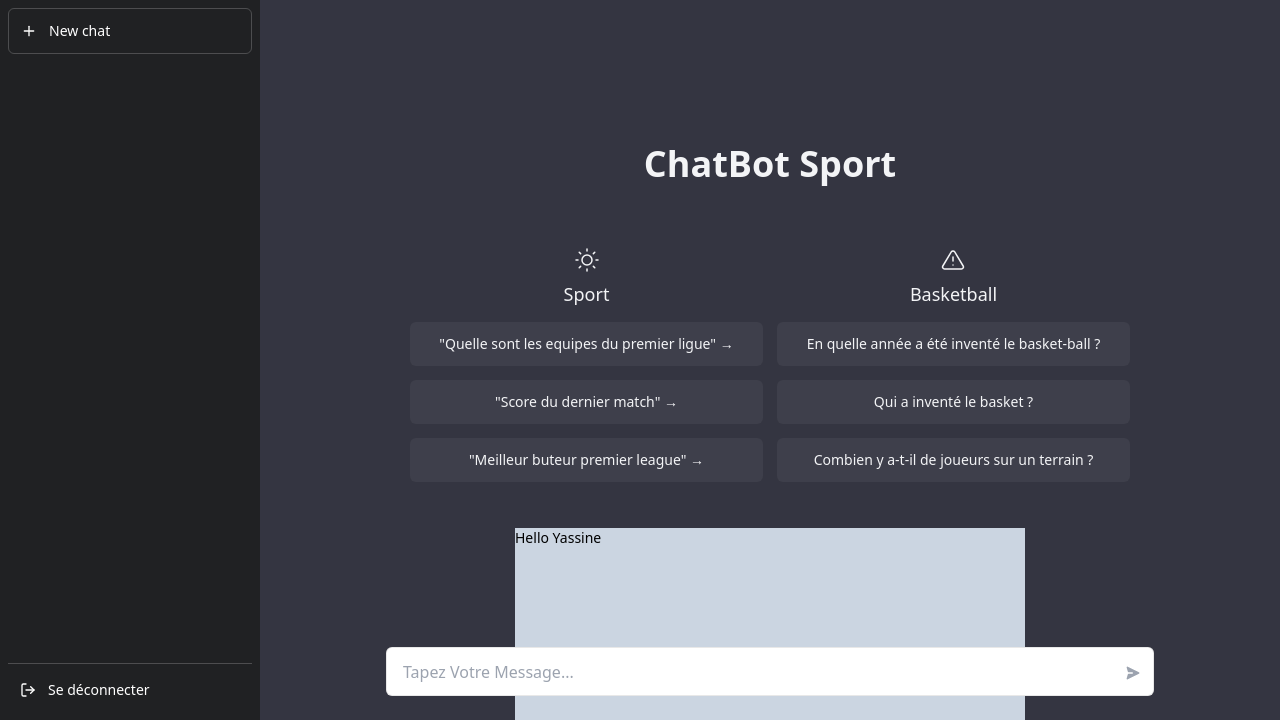
Repository: HaithemBenSlama/chatbot-front
Page: /, after clicking the first element matching `button.sc-gsFSXq`
These files come from the project's save history. The page is drawn as it stood at one moment and after the next save; the edit follows.
The browser window is 1280 px wide. The pictures show the whole page.
The project was rebuilt for these pictures with package versions that can differ from the ones it lists, and the page was loaded fresh each time. Also part of the build but not shown: src/constants/svg/lightningChargeIcon.js, src/constants/svg/externalLinkIcon.js, src/constants/svg/discordIcon.js, src/constants/svg/menuIcon.js, src/Components/Login/form-input.css.

Above is the page before, as saved 2023-05-01 22:11:25.

### src/App.js
import React from 'react'
import { LeftSection, RightSection } from './Components/main'
import { useState } from "react"
import Login from './Components/Login/Login';

const App = () => {
  const [isLoggedIn, setIsLoggedIn] = useState(false);
  return (
    <div>
      {isLoggedIn ? (
        <>
        <LeftSection setIsLoggedIn={setIsLoggedIn}/>
        <RightSection/>
        </>
      ) : (
        <Login setIsLoggedIn={setIsLoggedIn}/>
      )}
    </div>
  )
      }
export default App

### src/Components/main/index.js
import LeftSection from "./LeftSection";
import RightSection from "./RightSection";
import Footer from "./Footer";

export {RightSection, LeftSection, Footer}

### src/Components/Login/Login.jsx
import React from "react";
import "./login.css";
import * as Components from './Components';
import   { useState } from 'react';
import { useCookies } from "react-cookie";
import FormInput from "./FormInput";

const Login = ({setIsLoggedIn}) => {
    const [token,setToken]=useCookies(["user-token"]);
    const [signIn, toggle] = React.useState(true);
    const [data, setData] = useState();

    const [values, setValues] = useState({
        username: "",
        password: "",
    });
    const onChange = (e) => {
            setValues({ ...values, [e.target.name]: e.target.value });
    };

    const [valuesCreate, setValuesCreate] = useState({
        username: "",
        city: "",
        email: "",
        password: "",
    });
    const onChangeCreate = (e) => {
        setValuesCreate({ ...valuesCreate, [e.target.name]: e.target.value });
    };
    const handleSubmit = (e) => {
        e.preventDefault();
    };

    const inputs = [
        {
        id: 1,
        name: "username",
        type: "text",
        placeholder: "Username",
        errorMessage:
            "Username should be 3-16 characters and shouldn't include any special character!",
        label: "Username",
        pattern: "^[A-Za-z0-9]{3,16}$",
        required: true,
        },
        {
        id: 2,
        name: "password",
        type: "password",
        placeholder: "Password",
        errorMessage:
            "Password should be 8-20 characters and include at least 1 letter and 1 number!",
        label: "Password",
        pattern: `^(?=.*[0-9])(?=.*[a-zA-Z])[a-zA-Z0-9!@#$%^&*]{8,20}$`,
        required: true,
        },
    ];

    const inputsCreate = [
        {
        id: 1,
        name: "username",
        type: "text",
        placeholder: "Username",
        errorMessage:
            "Username should be 3-16 characters and shouldn't include any special character!",
        label: "Username",
        pattern: "^[A-Za-z0-9]{3,16}$",
        required: true,
        },
        {
            id: 2,
            name: "city",
            type: "text",
            placeholder: "City",
            errorMessage:
                "City name should be 3-16 characters and shouldn't include any special character!",
            label: "City",
            pattern: "^[A-Za-z]{3,16}$",
            required: true,
            },
        {
        id: 3,
        name: "email",
        type: "email",
        placeholder: "Email",
        errorMessage: "It should be a valid email address!",
        label: "Email",
        required: true,
        },
        {
        id: 4,
        name: "password",
        type: "password",
        placeholder: "Password",
        errorMessage:
            "Password should be 8-20 characters and include at least 1 letter and 1 number!",
        label: "Password",
        pattern: `^(?=.*[0-9])(?=.*[a-zA-Z])[a-zA-Z0-9!@#$%^&*]{8,20}$`,
        required: true,
        },
    ];

    const submitLog = async (e) => {
        e.preventDefault()
        const user = {
            username: values.username,
            password: values.password
        };
        const response=await fetch('http://127.0.0.1:8000/user/verif_user_login/', {
            method: 'POST',
            headers: {
                'accept': '*/*',
                'Content-Type':'multipart/form-data; boundary=--------------------------499310528544182401120976',
            },
            body:JSON.stringify(user)
        })
        const responseJson=await response.json();
        setToken("user-token",responseJson.usertoken);
    };

    const submitCreate = async (e) => {

        e.preventDefault()
        const user = {
            username: valuesCreate.username,
            city: valuesCreate.city,
            email: valuesCreate.email,
            password: valuesCreate.password
        };
        const response=await fetch('http://127.0.0.1:8000/user/verif_user/', {
            method: 'POST',
            headers: {
                'accept': '*/*',
                'Content-Type':'multipart/form-data; boundary=--------------------------499310528544182401120976',
            },
            body:JSON.stringify(user)
        })
        const responseJson=await response.json();
        setToken("user-token",responseJson.usertoken);
    };


        return(
            <div className="comp_body"><h1 className="logTitle">ChatBot</h1>
                <Components.Container>
                    <Components.SignUpContainer signinIn={signIn}>
                        <Components.Form  onSubmit={handleSubmit} >
                            <Components.Title>Create Account</Components.Title>
                            {inputsCreate.map((input) => (
                                <FormInput
                                    key={input.id}
                                    {...input}
                                    value={valuesCreate[input.name]}
                                    onChange={onChangeCreate}
                                />
                                ))}
                            <Components.Button onClick={submitCreate}>Sign Up</Components.Button>
                        </Components.Form>
                    </Components.SignUpContainer>

                    <Components.SignInContainer signinIn={signIn}>
                        <Components.Form >
                            <Components.Title>Log in</Components.Title>
                            {inputs.map((input) => (
                                <FormInput
                                    key={input.id}
                                    {...input}
                                    value={values[input.name]}
                                    onChange={onChange}
                                />
                                ))}
                            <Components.Anchor href='#'>Forgot your password?</Components.Anchor>
                            <Components.Button onClick={()=>{setIsLoggedIn(true)}} >Sign In</Components.Button>
                        </Components.Form>
                    </Components.SignInContainer>

                    <Components.OverlayContainer signinIn={signIn}>
                    <Components.Overlay signinIn={signIn}>

                    <Components.LeftOverlayPanel signinIn={signIn}>
                        <Components.Title>Welcome Back!</Components.Title>
                        <Components.Paragraph>
                            To keep connected with us please login with your personal info
                        </Components.Paragraph>
                        <Components.GhostButton onClick={() => toggle(true)}>
                            Sign In
                        </Components.GhostButton>
                        </Components.LeftOverlayPanel>

                        <Components.RightOverlayPanel signinIn={signIn}>
                            <Components.Title>Hello, Friend!</Components.Title>
                            <Components.Paragraph>
                                Enter Your personal details and start journey with us
                            </Components.Paragraph>
                                <Components.GhostButton onClick={() => toggle(false)}>
                                    Sigin Up
                                </Components.GhostButton>
                        </Components.RightOverlayPanel>

                    </Components.Overlay>
                </Components.OverlayContainer>

            </Components.Container>
        </div>
        )
}

export default Login;

### src/Components/main/LeftSection/index.js
import React from "react";
import { LogOutIcon,PlusIcon,} from "../../../constants";

const LeftSection = ({ show = false }) => {
  return (
    <div
      className={`${show && " flex flex-col"} ${
        !show && "hidden"
      } bg-black md:fixed md:inset-y-0 md:flex md:w-[260px] md:flex-col`}
    >
      <div className="flex h-full min-h-0 flex-col ">
        <div className="scrollbar-trigger flex h-full w-full flex-1 items-start border-white/20">
          <nav className="flex h-full flex-1 flex-col space-y-1 p-2">
            <a className="flex py-3 px-3 items-center gap-3 rounded-md hover:bg-gray-500/10 transition-colors duration-200 text-white cursor-pointer text-sm mb-2 flex-shrink-0 border border-white/20">
              <PlusIcon />
              New chat
            </a>
            <div className="flex-col flex-1 overflow-y-auto border-b border-white/20">
              <div className="flex flex-col gap-2 text-gray-100 text-sm">
                {/*  */}
              </div>
            </div>
              <a
                className="flex py-3 px-3 items-center gap-3 rounded-md hover:bg-gray-500/10 transition-colors duration-200 text-white cursor-pointer text-sm"
                href="/Login"
              >
                <LogOutIcon/>
                Se déconnecter
              </a>
          </nav>
        </div>
      </div>
    </div>
  );
};

export default LeftSection;

### src/Components/main/RightSection/index.js
import { CautionIcon, LightningChargeIcon, SunIcon } from "../../../constants";
import Footer from "../Footer";

const RightSection = () => {
  return (
    <div className="flex h-full flex-1 flex-col md:pl-[260px]">
      <main className="relative h-full w-full transition-width flex flex-col overflow-hidden items-stretch flex-1">
        <div className="flex-1 overflow-hidden">
          <div className="flex flex-col items-center text-sm h-full md:h-screen bg-lightBlack">
            <div className="text-gray-800 w-full md:max-w-2xl lg:max-w-3xl md:h-full md:flex md:flex-col px-6">
              <h1 className="text-4xl text-gray-100 font-semibold text-center mt-6 sm:mt-[20vh] ml-auto mr-auto mb-10 sm:mb-16">
                ChatBot Sport
              </h1>
              <div className="md:flex items-start text-center gap-3.5">
                {[
                  {
                    icon: <SunIcon />,
                    title: "Sport",
                    subTitle: [
                      `"Quelle sont les equipes du premier ligue" →`,
                      `"Score du dernier match" →`,
                      `"Meilleur buteur premier league" →`,
                    ],
                    hover: true,
                  },
                  {
                    icon: <CautionIcon />,
                    title: "Basketball",
                    subTitle: [
                      `En quelle année a été inventé le basket-ball ?`,
                      `Qui a inventé le basket ?`,
                      `Combien y a-t-il de joueurs sur un terrain ?`,
                    ],
                    hover: false,
                  },
                ].map((item, index) => (
                  <div
                    className="flex flex-col mb-8 md:mb-auto gap-3.5 flex-1"
                    key={index}
                  >
                    <h2 className="flex gap-3 text-gray-100 items-center m-auto text-lg font-normal md:flex-col md:gap-2">
                      {item.icon}
                      {item.title}
                    </h2>
                    <ul className="flex flex-col gap-3.5 w-full sm:max-w-md m-auto">
                      {item.subTitle.map((subTitle, subTitleIndex) => (
                        <button
                          className={`w-full bg-gray-50 text-gray-100 bg-white/5 p-3 rounded-md ${
                            item.hover
                              ? "hover:bg-gray-200 dark:hover:bg-gray-900 cursor-pointer"
                              : "cursor-text"
                          }`}
                          key={subTitleIndex}
                        >
                          {subTitle}
                        </button>
                      ))}
                    </ul>
                  </div>
                ))}
              </div>
            </div>
            <div className="w-1/2 h-48 flex-shrink-0 bg-slate-300 ">
              <p className="">Hello Yassine</p>
            </div>
          </div>
        </div>
        <Footer />
      </main>
    </div>
  );
};

export default RightSection;

### src/Components/main/Footer/index.js
import React from "react";
import { PlaneIcon, UserIcon } from "../../../constants";

const Footer = () => {
  return (
    <div className="absolute bottom-0 left-0 w-full border-t md:border-t-0 dark:border-white/20 md:border-transparent md:dark:border-transparent md:bg-vert-light-gradient bg-gray-800 md:!bg-transparent">
      <form className="mx-2 flex flex-row gap-3 pt-2 last:mb-2 md:last:mb-6 lg:mx-auto lg:max-w-3xl lg:pt-6">
        <div className="relative flex h-full flex-1 md:flex-col">
          <div className="ml-1 mt-1.5 md:w-full md:m-auto md:flex md:mb-2 gap-2 justify-center">
            <div className="text-gray-100 p-1 md:hidden">
              <UserIcon />
            </div>
          </div>
          {/* Input */}
          <div className="flex flex-col w-full py-2 pl-3 flex-grow md:py-3 md:pl-4 relative border border-black/10 bg-white dark:border-gray-900/50 dark:text-white rounded-md bg-[rgba(64,65,79,var(--tw-bg-opacity))]">
            <textarea
              tabIndex="0"
              data-id="root"
              rows="1"
              placeholder="Tapez Votre Message..."
              className="m-0 w-full resize-none border-0 bg-transparent p-0 pr-7 focus:ring-0 focus-visible:ring-0 dark:bg-transparent outline-none overflow-y-hidden h-[23px]"
            ></textarea>
            <button className="absolute p-1 rounded-md text-gray-400 bottom-1.5 right-1 md:bottom-2.5 md:right-2 hover:bg-black">
              <PlaneIcon />
            </button>
          </div>
        </div>
      </form>
    </div>
  );
};

export default Footer;

### src/Components/Login/login.css
* {
    box-sizing: border-box;
}

.comp_body {
    background: #f6f5f7;
    display: flex;
    justify-content: center;
    align-items: center;
    flex-direction: column;
    font-family: "Montserrat", sans-serif;
    height: 100vh;
    margin: -20px 0 50px;
}
.logTitle {
    font-size: 3rem;
    font-weight: 600;
    text-align: center;
    margin-bottom: 2rem;
    color: #038c7a;
    text-shadow: 2px 2px 0px #f2f2f2, -2px -2px 0px #f2f2f2, 2px -2px 0px #f2f2f2, -2px 2px 0px #f2f2f2;
    text-transform: uppercase;
    letter-spacing: 3px;
    line-height: 1;
    position: relative;
}
.logTitle:before{
    content: "";
    width: 100%;
    height: 1px;
    position: absolute;
    bottom: -0.5rem;
    left: 0;
    background-color: #5c5c5c;
}

### src/Components/Login/Components.js
import styled from 'styled-components';

export const Container = styled.div`
background-color: #fff;
border-radius: 10px;
box-shadow: 0 14px 28px rgba(0, 0, 0, 0.25), 0 10px 10px rgba(0, 0, 0, 0.22);
position: relative;
overflow: hidden;
width: 678px;
max-width: 100%;
min-height: 450px;
`;

export const SignUpContainer = styled.div`
position: absolute;
top: 0;
height: 100%;
transition: all 0.6s ease-in-out;
left: 0;
width: 50%;
opacity: 0;
z-index: 1;
${props => props.signinIn !== true ? `
    transform: translateX(100%);
    opacity: 1;
    z-index: 5;
`
: null}
`;


export const SignInContainer = styled.div`
position: absolute;
top: 0;
height: 100%;
transition: all 0.6s ease-in-out;
left: 0;
width: 50%;
z-index: 2;
${props => (props.signinIn !== true ? `transform: translateX(100%);` : null)}
`;

export const Form = styled.div`
background-color: #ffffff;
display: flex;
align-items: center;
justify-content: center;
flex-direction: column;
padding: 0 50px;
height: 100%;
text-align: center;
`;

export const Title = styled.h1`
font-weight: bold;
margin-bottom: 15px;
`;

export const Input = styled.input`
background-color: #eee;
border: none;
padding: 12px 15px;
margin: 8px 0;
width: 100%;
`;


export const Button = styled.button`
    border-radius: 20px;
    border: 1px solid #1775d2;
    background-color: #1775d2;
    color: #ffffff;
    font-size: 12px;
    font-weight: bold;
    padding: 12px 45px;
    letter-spacing: 1px;
    text-transform: uppercase;
    transition: transform 80ms ease-in;
    &:active{
        transform: scale(0.95);
    }
    &:focus {
        outline: none;
    }
`;
export const GhostButton = styled(Button)`
background-color: transparent;
border-color: #ffffff;
`;

export const Anchor = styled.a`
color: #333;
font-size: 14px;
text-decoration: none;
margin: 15px 0;
`;
export const OverlayContainer = styled.div`
position: absolute;
top: 0;
left: 50%;
width: 50%;
height: 100%;
overflow: hidden;
transition: transform 0.6s ease-in-out;
z-index: 100;
${props =>
props.signinIn !== true ? `transform: translateX(-100%);` : null}
`;

export const Overlay = styled.div`
background: #1775d2;
background: -webkit-linear-gradient(to right, #1775d2, #25b579);
background: linear-gradient(to right, #1775d2,#1775d2);
background-repeat: no-repeat;
background-size: cover;
background-position: 0 0;
color: #ffffff;
position: relative;
left: -100%;
height: 100%;
width: 200%;
transform: translateX(0);
transition: transform 0.6s ease-in-out;
${props => (props.signinIn !== true ? `transform: translateX(50%);` : null)}
`;

export const OverlayPanel = styled.div`
    position: absolute;
    display: flex;
    align-items: center;
    justify-content: center;
    flex-direction: column;
    padding: 0 40px;
    text-align: center;
    top: 0;
    height: 100%;
    width: 50%;
    transform: translateX(0);
    transition: transform 0.6s ease-in-out;
`;

export const LeftOverlayPanel = styled(OverlayPanel)`
transform: translateX(-20%);
${props => props.signinIn !== true ? `transform: translateX(0);` : null}
`;

export const RightOverlayPanel = styled(OverlayPanel)`
    right: 0;
    transform: translateX(0);
    ${props => props.signinIn !== true ? `transform: translateX(20%);` : null}
`;

export const Paragraph = styled.p`
font-size: 14px;
font-weight: 100;
line-height: 20px;
letter-spacing: 0.5px;
margin: 20px 0 30px
`;

### src/Components/Login/FormInput.jsx
import { useState } from "react";
import "./form-input.css";

const FormInput = (props) => {
const [focused, setFocused] = useState(false);
const { label, errorMessage, onChange, id, ...inputProps } = props;

const handleFocus = (e) => {
    setFocused(true);
};

return (
    <div className="formInput">
    <input className="inputAuth"
        {...inputProps}
        onChange={onChange}
        onBlur={handleFocus}
        onFocus={() =>
        inputProps.name === "confirmPassword" && setFocused(true)
        }
        focused={focused.toString()}
    />
    <span className="spanAuth">{errorMessage}</span>
    </div>
);
};

export default FormInput;

### src/constants/index.js
import SunIcon from "./svg/sunIcon";
import LightningChargeIcon from "./svg/lightningChargeIcon";
import CautionIcon from "./svg/cautionIcon";
import PlaneIcon from "./svg/planeIcon";
import PlusIcon from "./svg/plusIcon";
import ExternalLinkIcon from "./svg/externalLinkIcon";
import DiscordIcon from "./svg/discordIcon";
import LogOutIcon from "./svg/logOutIcon";
import MenuIcon from "./svg/menuIcon";
import UserIcon from "./svg/userIcon";

export {
  SunIcon,
  LightningChargeIcon,
  CautionIcon,
  PlaneIcon,
  PlusIcon,
  DiscordIcon,
  ExternalLinkIcon,
  LogOutIcon,
  MenuIcon,
  UserIcon,
};

### src/constants/svg/sunIcon.js
import React from "react";

const SunIcon = ({ className = "h-6 w-6", strokeWidth = "1.5" }) => {
  return (
    <svg
      stroke="currentColor"
      fill="none"
      strokeWidth={strokeWidth}
      viewBox="0 0 24 24"
      strokeLinecap="round"
      strokeLinejoin="round"
      className={className}
      height="1em"
      width="1em"
      xmlns="http://www.w3.org/2000/svg"
    >
      <circle cx="12" cy="12" r="5"></circle>
      <line x1="12" y1="1" x2="12" y2="3"></line>
      <line x1="12" y1="21" x2="12" y2="23"></line>
      <line x1="4.22" y1="4.22" x2="5.64" y2="5.64"></line>
      <line x1="18.36" y1="18.36" x2="19.78" y2="19.78"></line>
      <line x1="1" y1="12" x2="3" y2="12"></line>
      <line x1="21" y1="12" x2="23" y2="12"></line>
      <line x1="4.22" y1="19.78" x2="5.64" y2="18.36"></line>
      <line x1="18.36" y1="5.64" x2="19.78" y2="4.22"></line>
    </svg>
  );
};

export default SunIcon;

### src/constants/svg/cautionIcon.js
import React from "react";

const CautionIcon = () => {
  return (
    <svg
      stroke="currentColor"
      fill="none"
      strokeWidth="1.5"
      viewBox="0 0 24 24"
      strokeLinecap="round"
      strokeLinejoin="round"
      className="h-6 w-6"
      height="1em"
      width="1em"
      xmlns="http://www.w3.org/2000/svg"
    >
      <path d="M10.29 3.86L1.82 18a2 2 0 0 0 1.71 3h16.94a2 2 0 0 0 1.71-3L13.71 3.86a2 2 0 0 0-3.42 0z"></path>
      <line x1="12" y1="9" x2="12" y2="13"></line>
      <line x1="12" y1="17" x2="12.01" y2="17"></line>
    </svg>
  );
};

export default CautionIcon;

### src/constants/svg/planeIcon.js
import React from "react";

const PlaneIcon = () => {
  return (
    <svg
      stroke="currentColor"
      fill="currentColor"
      strokeWidth="0"
      viewBox="0 0 20 20"
      className="h-4 w-4 rotate-90"
      height="1em"
      width="1em"
      xmlns="http://www.w3.org/2000/svg"
    >
      <path d="M10.894 2.553a1 1 0 00-1.788 0l-7 14a1 1 0 001.169 1.409l5-1.429A1 1 0 009 15.571V11a1 1 0 112 0v4.571a1 1 0 00.725.962l5 1.428a1 1 0 001.17-1.408l-7-14z"></path>
    </svg>
  );
};

export default PlaneIcon;

### src/constants/svg/plusIcon.js
import React from "react";

const PlusIcon = ({ className = "h-4 w-4" }) => {
  return (
    <svg
      stroke="currentColor"
      fill="none"
      strokeWidth="2"
      viewBox="0 0 24 24"
      strokeLinecap="round"
      strokeLinejoin="round"
      className={className}
      height="1em"
      width="1em"
      xmlns="http://www.w3.org/2000/svg"
    >
      <line x1="12" y1="5" x2="12" y2="19"></line>
      <line x1="5" y1="12" x2="19" y2="12"></line>
    </svg>
  );
};

export default PlusIcon;

### src/constants/svg/logOutIcon.js
import React from "react";

const LogOutIcon = () => {
  return (
    <svg
      stroke="currentColor"
      fill="none"
      strokeWidth="2"
      viewBox="0 0 24 24"
      strokeLinecap="round"
      strokeLinejoin="round"
      className="h-4 w-4"
      height="1em"
      width="1em"
      xmlns="http://www.w3.org/2000/svg"
    >
      <path d="M9 21H5a2 2 0 0 1-2-2V5a2 2 0 0 1 2-2h4"></path>
      <polyline points="16 17 21 12 16 7"></polyline>
      <line x1="21" y1="12" x2="9" y2="12"></line>
    </svg>
  );
};

export default LogOutIcon;

### src/constants/svg/userIcon.js
import React from "react";

const UserIcon = () => {
  return (
    <svg
      xmlns="http://www.w3.org/2000/svg"
      fill="none"
      viewBox="0 0 24 24"
      strokeWidth={1.5}
      stroke="currentColor"
      className="w-6 h-6"
    >
      <path
        strokeLinecap="round"
        strokeLinejoin="round"
        d="M15.75 6a3.75 3.75 0 11-7.5 0 3.75 3.75 0 017.5 0zM4.501 20.118a7.5 7.5 0 0114.998 0A17.933 17.933 0 0112 21.75c-2.676 0-5.216-.584-7.499-1.632z"
      />
    </svg>
  );
};

export default UserIcon;

### tailwind.config.js
/** @type {import('tailwindcss').Config} */
module.exports = {
  content: ["./src/**/*.{js,jsx,ts,tsx}"],
  theme: {
    extend: {
      colors: {
        black: "#202123",
        lightBlack: "#343541",
      },
    },
  },
  plugins: [],
};

Loaded but not shown: public/index.html (common file); src/index.js (common file); src/index.css (common file)

After the next save:
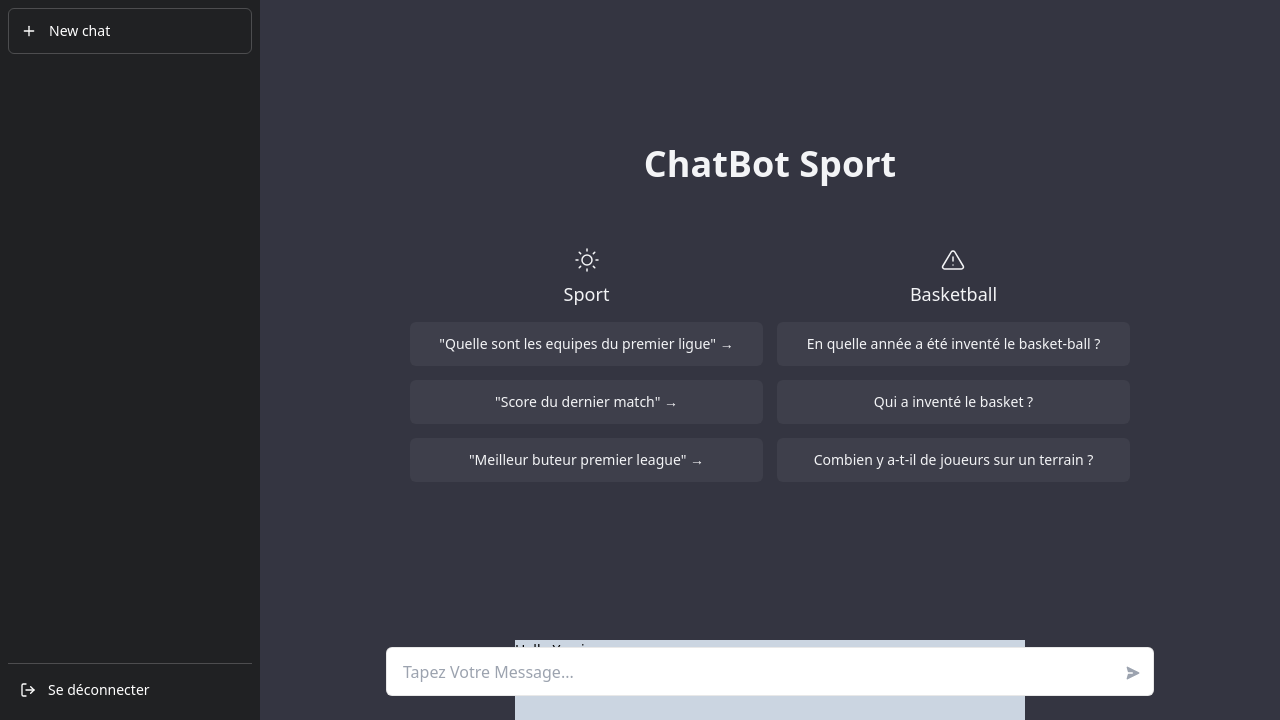
Saved 10 s later.
--- a/src/Components/main/RightSection/index.js
+++ b/src/Components/main/RightSection/index.js
@@ -60,7 +60,7 @@ const RightSection = () => {
                 ))}
               </div>
             </div>
-            <div className="w-1/2 h-48 flex-shrink-0 bg-slate-300 ">
+            <div className="w-1/2 h-20 flex-shrink-0 bg-slate-300 ">
               <p className="">Hello Yassine</p>
             </div>
           </div>
